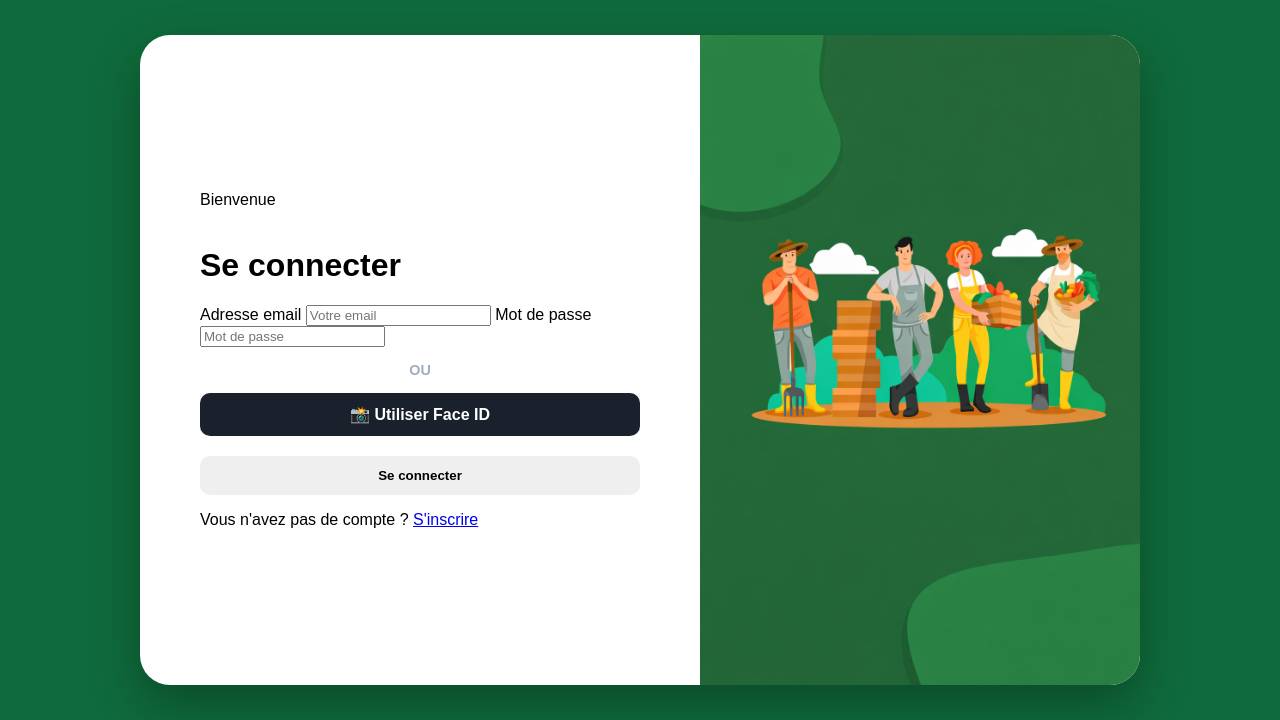
Repository: mohamed-55l/Esprit-PIDEV-3A37-2526-Agrimans
Page: templates/login/Login.html.twig
The author's editor kept a copy of each file at every save. The page is drawn from the files as they stood at one save, then again after the next save.
The browser window is 1280 px wide. The pictures show the whole page.
The page is a Twig template of a Symfony application; nobody is signed in and links lead nowhere. Style sheets and scripts are compiled from the project's sources, by tool versions that may differ from the author's. The template is opened directly, without the code that normally fills it, so the values that code supplies are empty.

Above is the page before, as saved 2026-04-26 17:15:29.

### templates/login/Login.html.twig
<!DOCTYPE html>
<html>
<head>
    <meta charset="UTF-8">
    <title>AGRI Samir - Login</title>
    <link rel="stylesheet" href="{{ asset('styles/login.css') }}">

    <!-- reCAPTCHA activé -->
    <script src="https://www.google.com/recaptcha/api.js" async defer></script>
    <style>
        .face-capture-zone { text-align: center; background: #f8fafc; padding: 15px; border-radius: 10px; border: 2px solid #e2e8f0; margin-bottom: 20px; display: none; }
        .video-container { position: relative; display: inline-block; width: 100%; max-width: 320px; height: 240px; border-radius: 12px; overflow: hidden; background: #000; }
        #video { width: 100%; height: 100%; object-fit: cover; transform: scaleX(-1); }
        #overlay { position: absolute; top: 0; left: 0; width: 100%; height: 100%; pointer-events: none; transform: scaleX(-1); }
        .status-badge { display: inline-block; padding: 5px 12px; border-radius: 20px; font-size: 12px; font-weight: bold; margin-top: 10px; background: #edf2f7; }
        .btn-face { width: 100%; background: #1a202c; color: white; padding: 12px; border: none; border-radius: 10px; font-size: 1rem; cursor: pointer; margin-bottom: 10px; font-weight: bold; transition: all 0.3s; }
        .btn-face:hover { background: #2d3748; }
        .separator { text-align: center; margin: 15px 0; color: #a0aec0; font-size: 0.9rem; font-weight: bold; }
    </style>
</head>
<body>

<div class="app-container">

    <div class="main-card">

        <!-- LEFT LOGIN -->
        <div class="login-box">

            <p class="welcome">Bienvenue</p>
            <h1>Se connecter</h1>

            <form method="post">

                <label>Adresse email</label>
                <input type="email" name="email" placeholder="Votre email" required>

                <label>Mot de passe</label>
                <input type="password" name="password" placeholder="Mot de passe">

                <div class="separator">OU</div>

                <button type="button" id="btn-show-face" class="btn-face">📸 Utiliser Face ID</button>

                <div id="face-capture-container" class="face-capture-zone">
                    <div class="video-container">
                        <video id="video" autoplay muted></video>
                        <canvas id="overlay"></canvas>
                    </div>
                    <div><span id="scan-status" class="status-badge">Initialisation AI...</span></div>
                    <button type="button" id="btn-scan" class="btn-face" style="margin-top:10px; background:#0f6b3b;">
                        Analyser mon visage
                    </button>
                </div>

                <input type="hidden" name="face_descriptor" id="face_descriptor">

                <!-- reCAPTCHA activé -->
                <div class="g-recaptcha" data-sitekey="{{ recaptcha_site_key }}"></div>

                {% if error %}
                    <p class="error">{{ error }}</p>
                {% endif %}

                <button type="submit" class="btn-login">Se connecter</button>

            </form>

            <p class="register">
                Vous n'avez pas de compte ?
                <a href="{{ path('app_register') }}">S'inscrire</a>
            </p>

        </div>

        <!-- RIGHT IMAGE -->
        <div class="image-box">
            <img src="{{ asset('images/login.png') }}" alt="login image">
        </div>

    </div>

</div>

<script src="{{ asset('js/face-api.min.js') }}"></script>
<script>
    const btnShowFace = document.getElementById('btn-show-face');
    const faceContainer = document.getElementById('face-capture-container');
    const video = document.getElementById('video');
    const canvas = document.getElementById('overlay');
    const statusText = document.getElementById('scan-status');
    const btnScan = document.getElementById('btn-scan');
    const descriptorInput = document.getElementById('face_descriptor');
    let trackingInterval;

    btnShowFace.addEventListener('click', () => {
        faceContainer.style.display = 'block';
        btnShowFace.style.display = 'none';
        initFaceID();
    });

    async function initFaceID() {
        try {
            const MODEL_PATH = '/js/models';
            await Promise.all([
                faceapi.nets.ssdMobilenetv1.loadFromUri(MODEL_PATH),
                faceapi.nets.faceLandmark68Net.loadFromUri(MODEL_PATH),
                faceapi.nets.faceRecognitionNet.loadFromUri(MODEL_PATH)
            ]);
            const stream = await navigator.mediaDevices.getUserMedia({ video: {} });
            video.srcObject = stream;
            statusText.innerText = "IA Prête ✅ - Placez votre visage";
            startTracking();
        } catch (err) { statusText.innerText = "Erreur Caméra ❌"; }
    }

    function startTracking() {
        const displaySize = { width: video.clientWidth, height: video.clientHeight };
        faceapi.matchDimensions(canvas, displaySize);
        trackingInterval = setInterval(async () => {
            if(video.paused || video.ended) return;
            const detections = await faceapi.detectAllFaces(video, new faceapi.SsdMobilenetv1Options()).withFaceLandmarks();
            const resized = faceapi.resizeResults(detections, displaySize);
            canvas.getContext('2d').clearRect(0, 0, canvas.width, canvas.height);
            faceapi.draw.drawDetections(canvas, resized);
            faceapi.draw.drawFaceLandmarks(canvas, resized);
        }, 100);
    }

    btnScan.addEventListener('click', async () => {
        statusText.innerText = "Scan en cours... ⏳";
        const detection = await faceapi.detectSingleFace(video, new faceapi.SsdMobilenetv1Options()).withFaceLandmarks().withFaceDescriptor();
        if (detection) {
            descriptorInput.value = JSON.stringify(Array.from(detection.descriptor));
            statusText.innerText = "Visage Identifié ! ✅ - Cliquez sur 'Se connecter'";
            statusText.style.background = "#c6f6d5";
            btnScan.style.background = "#2f855a";
            btnScan.innerText = "✓ Visage Accepté";
            btnScan.disabled = true;
            clearInterval(trackingInterval);
        } else {
            statusText.innerText = "Visage non détecté ❌ - Réessayez";
        }
    });
</script>

</body>
</html>

### assets/styles/login.css
/* login.css */
body {
    background-color: #0f6b3b;
    margin: 0;
    display: flex;
    justify-content: center;
    align-items: center;
    min-height: 100vh;
    font-family: 'Poppins', sans-serif;
}

.main-card {
    width: 1000px; /* كبّرنا العرض شوية */
    height: 650px;
    background: white;
    border-radius: 30px;
    display: flex; /* جنب بعضهم بالسيف */
    box-shadow: 0 20px 50px rgba(0,0,0,0.3);
    overflow: hidden; /* يمنع أي حاجة تخرج من الكادر */
}

/* جهة الفورم - بيضاء */
.login-box {
    flex: 1; /* تاخد 50% بالضبط */
    padding: 40px 60px;
    display: flex;
    flex-direction: column;
    justify-content: center;
    z-index: 2;
}

/* جهة التصويرة - خضراء */
.image-box {
    flex: 1; /* تاخد 50% بالضبط */
    background: #0f6b3b;
    display: flex;
    align-items: center;
    justify-content: center;
    overflow: hidden;
}

.image-box img {
    width: 100%;
    height: 100%;
    object-fit: cover; /* أهم سطر باش التصويرة ما تخرجش من بلاصتها */
}

/* ستايل الكاميرا */
.face-auth-wrapper {
    text-align: center;
    margin-bottom: 20px;
}

.video-container {
    position: relative;
    width: 260px;
    height: 195px;
    margin: 0 auto;
    border-radius: 15px;
    overflow: hidden;
    border: 3px solid #0f6b3b;
    background: #000;
}

#video { width: 100%; height: 100%; transform: scaleX(-1); }

.status-indicator { font-size: 12px; color: #666; margin-top: 5px; }

/* تنسيق الـ reCAPTCHA */
.g-recaptcha {
    transform: scale(0.85); /* نصغروه شوية باش يجي قد الـ Inputs */
    transform-origin: center;
    margin: 10px 0;
}

.btn-login {
    width: 100%;
    padding: 12px;
    border-radius: 10px;
    border: none;
    font-weight: bold;
    cursor: pointer;
    transition: 0.3s;
}

Loaded but not shown: public/js/face-api.min.js (library)

After the next save:
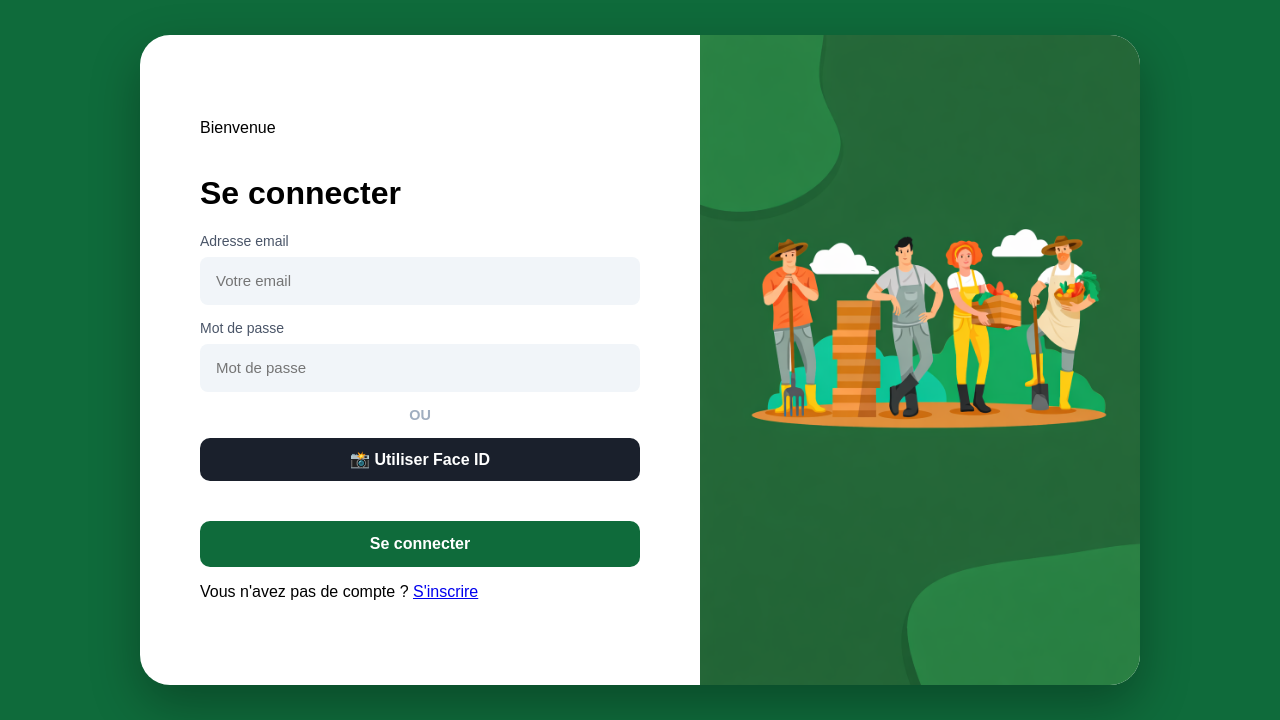
Saved 2 min 16 s later.
--- a/assets/styles/login.css
+++ b/assets/styles/login.css
@@ -73,12 +73,56 @@ body {
     margin: 10px 0;
 }
 
+/* تنسيق Labels & Inputs */
+.login-box form label {
+    font-size: 14px;
+    color: #4a5568;
+    margin-bottom: 8px;
+    margin-top: 15px;
+    display: block;
+    font-weight: 500;
+}
+
+.login-box form label:first-of-type {
+    margin-top: 0;
+}
+
+.login-box form input[type="email"],
+.login-box form input[type="password"] {
+    width: 100%;
+    height: 48px;
+    padding: 10px 15px;
+    background-color: #f1f5f9;
+    border: 1px solid transparent;
+    border-radius: 8px;
+    font-size: 15px;
+    outline: none;
+    transition: all 0.3s ease;
+    box-sizing: border-box;
+}
+
+.login-box form input[type="email"]:focus,
+.login-box form input[type="password"]:focus {
+    border: 1px solid #16774c;
+    background-color: #ffffff;
+}
+
 .btn-login {
     width: 100%;
-    padding: 12px;
+    padding: 14px;
     border-radius: 10px;
     border: none;
     font-weight: bold;
+    font-size: 16px;
+    color: white;
+    background-color: #0f6b3b;
     cursor: pointer;
     transition: 0.3s;
+    margin-top: 20px;
 }
+
+.btn-login:hover {
+    background-color: #0d5530;
+    transform: translateY(-2px);
+    box-shadow: 0 5px 15px rgba(15, 107, 59, 0.3);
+}
